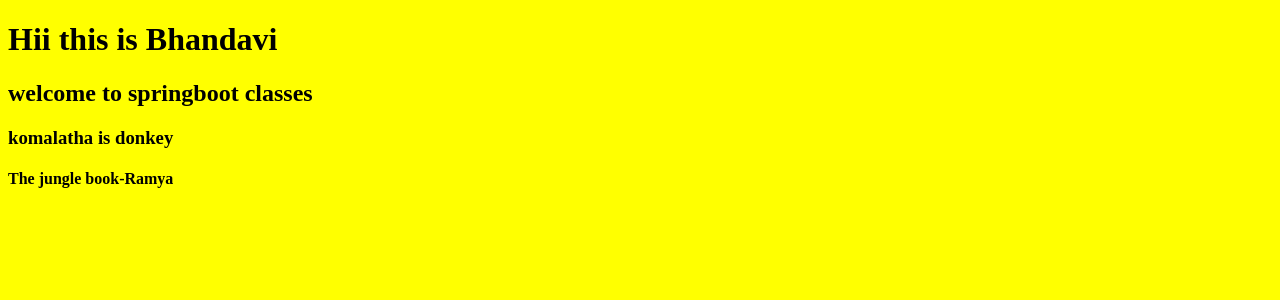
Repository: Bhandavi123/SpringPrograms
Page: SpringBootEx1/src/main/webapp/data.html
The author's editor kept a copy of each file at every save. The page is drawn from the files as they stood at one save, then again after the next save.
The browser window is 1280 px wide. The pictures show the whole page.

Above is the page before, as saved 2024-03-19 09:33:02.

### SpringBootEx1/src/main/webapp/data.html
<!DOCTYPE html>
<html>
<head>
<meta charset="ISO-8859-1">
<title>Insert title here</title>
</head>
<body bgcolor="yellow">
   <h1>Hii this is Bhandavi</h1>
   <h2>welcome to springboot classes</h2>
   <h3>komalatha is donkey</h3>
   <h4>The jungle book-Ramya</h4>

</body>
</html>

After the next save:
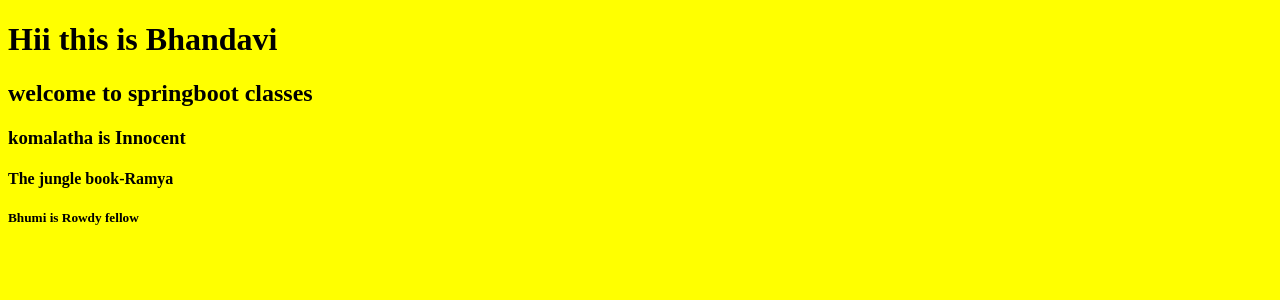
Saved 61 s later.
--- a/SpringBootEx1/src/main/webapp/data.html
+++ b/SpringBootEx1/src/main/webapp/data.html
@@ -7,8 +7,9 @@
 <body bgcolor="yellow">
    <h1>Hii this is Bhandavi</h1>
    <h2>welcome to springboot classes</h2>
-   <h3>komalatha is donkey</h3>
+   <h3>komalatha is Innocent</h3>
    <h4>The jungle book-Ramya</h4>
+   <h5>Bhumi is Rowdy fellow</h5>
 
 </body>
 </html>
